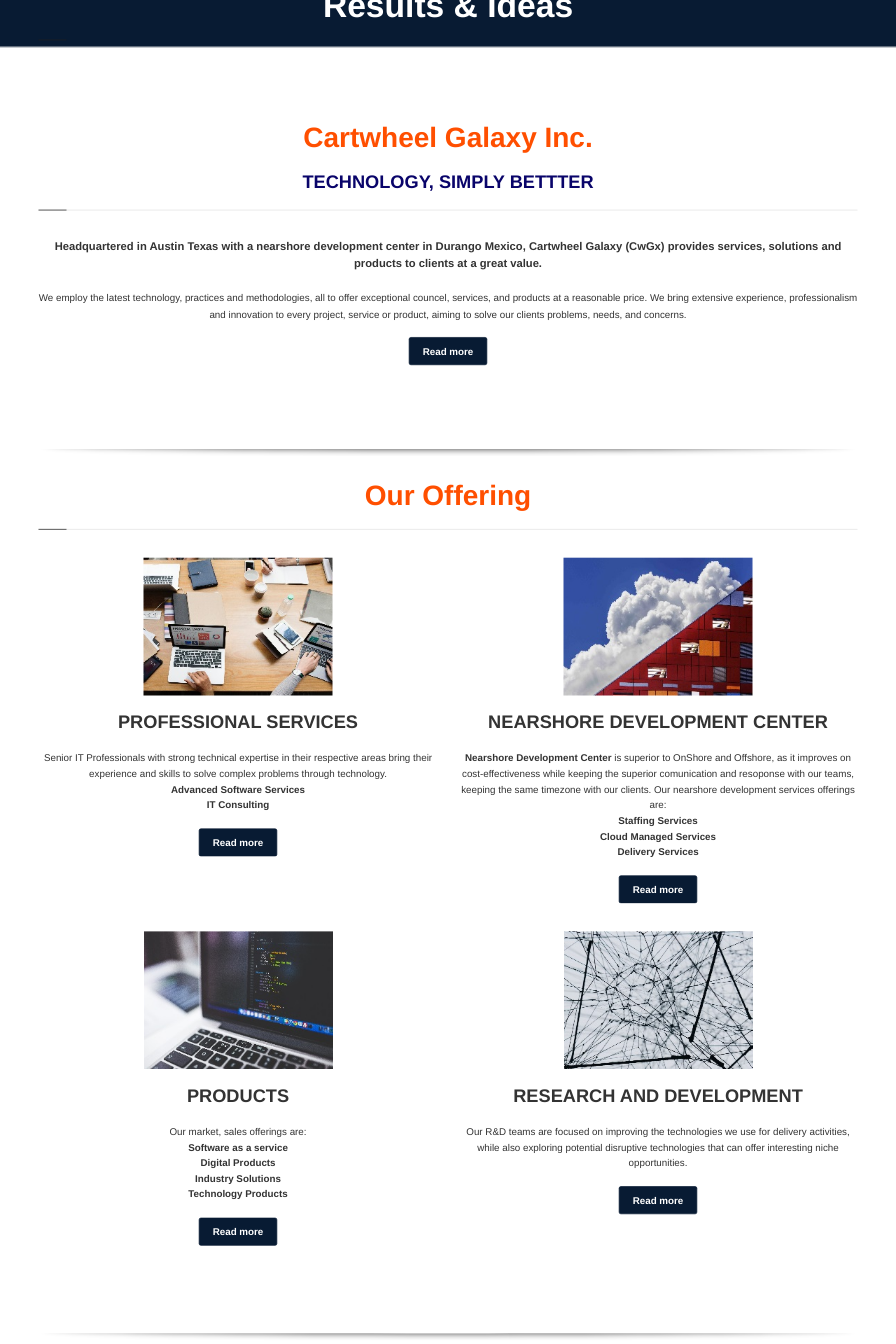
Repository: g-tecio/cwgx.io
Page: index.html
The author's editor kept a record of every edit. The page is drawn from the files as they stood at one moment, then again after the next edit.
The browser window is 1280 px wide. The pictures show the part of the page from y = 352 to 2272 px (the page is 4226 px tall before and 4266 px after), at 70% of full size.

Above is the page before.

After the next edit:
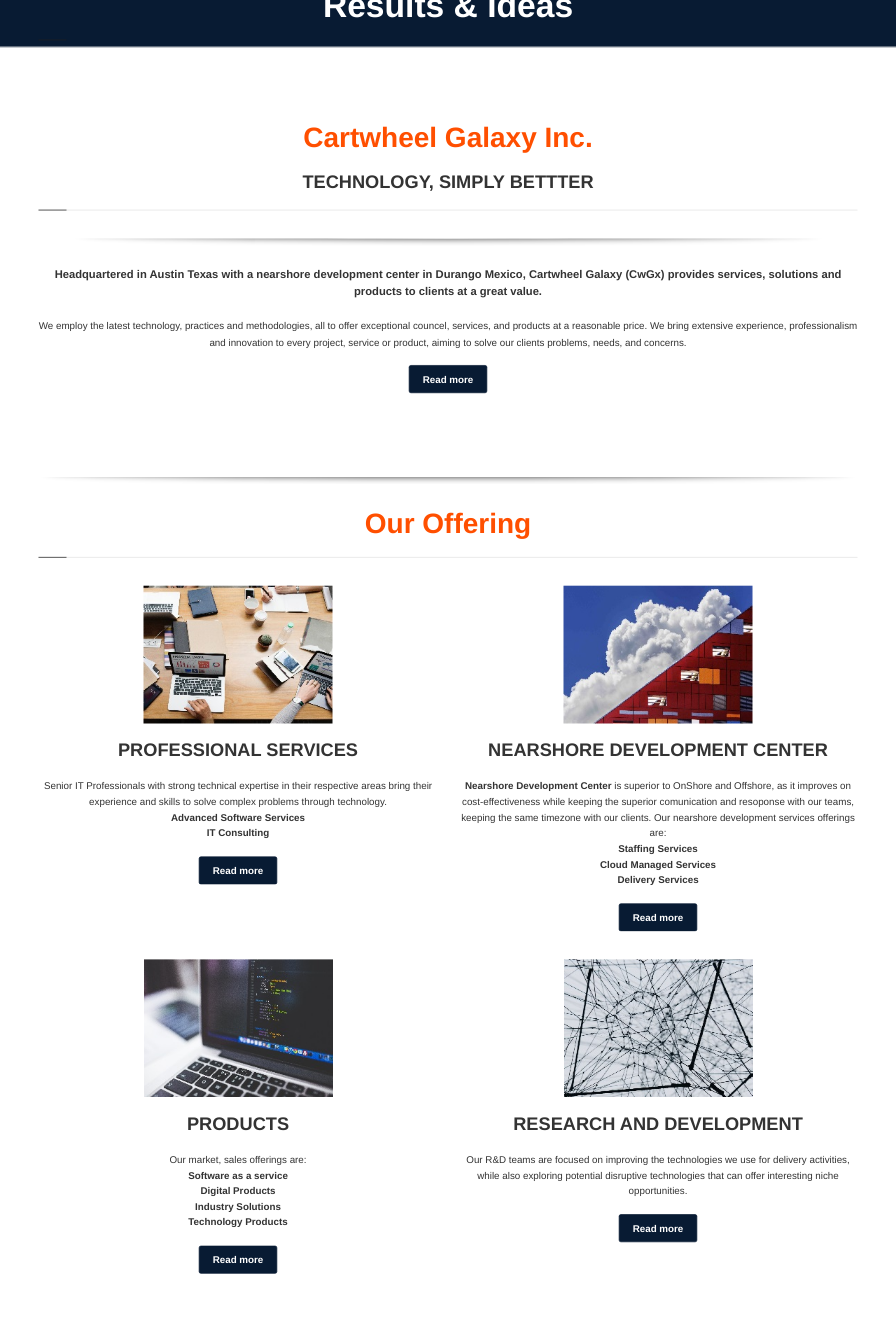
The edit:
--- a/index.html
+++ b/index.html
@@ -133,8 +133,9 @@
 					<div class="container">
 						<div class="title-box" style="text-align:center;">
 							<h2 style="color: #ff4f00"> Cartwheel Galaxy Inc.</h2>
-							<h4 class="subtitle" style="color:#09046a">TECHNOLOGY, SIMPLY BETTTER</h4>
-						</div>
+							<h4 class="subtitle">TECHNOLOGY, SIMPLY BETTTER</h4>
+						</div>
+						<hr class="shadow">
 
 						<div class="row" style="text-align:center;">
 							<div class="col-sm-12 col-md-12 bottom-padding">
